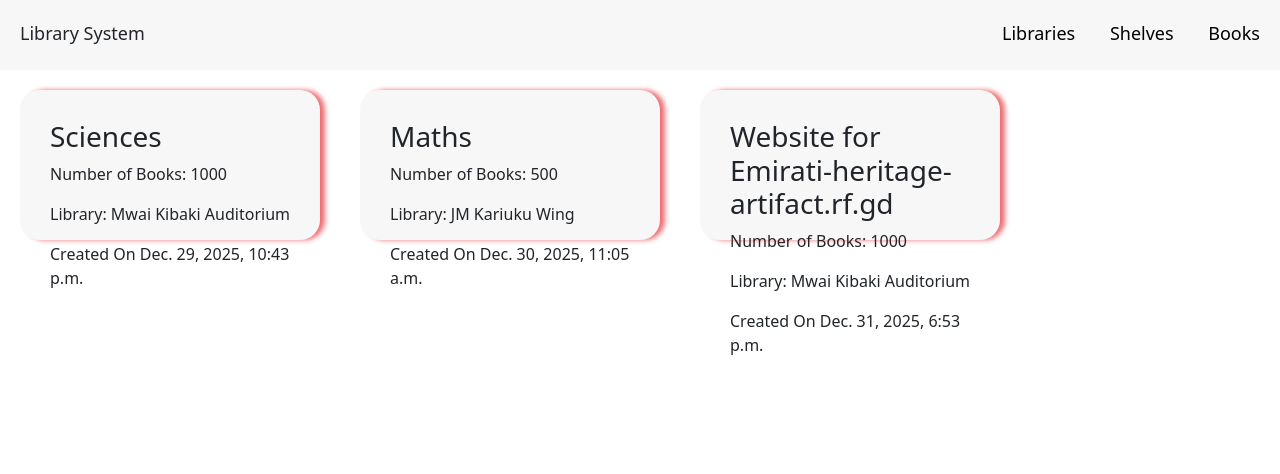
Repository: Mbote-Joseph/Library-Shelves-Books-Managements
Page: http://localhost/shelf
An editor plug-in stored every save of this project. The page is shown before and after the next save, followed by the edit.
The browser window is 1280 px wide. The pictures show the whole page.
The page is served by the project's application, run on Django 5.2 (manage.py). The page reads the database file committed with the project.

Above is the page before, as saved 2025-12-30 20:28:23.

After the next save:
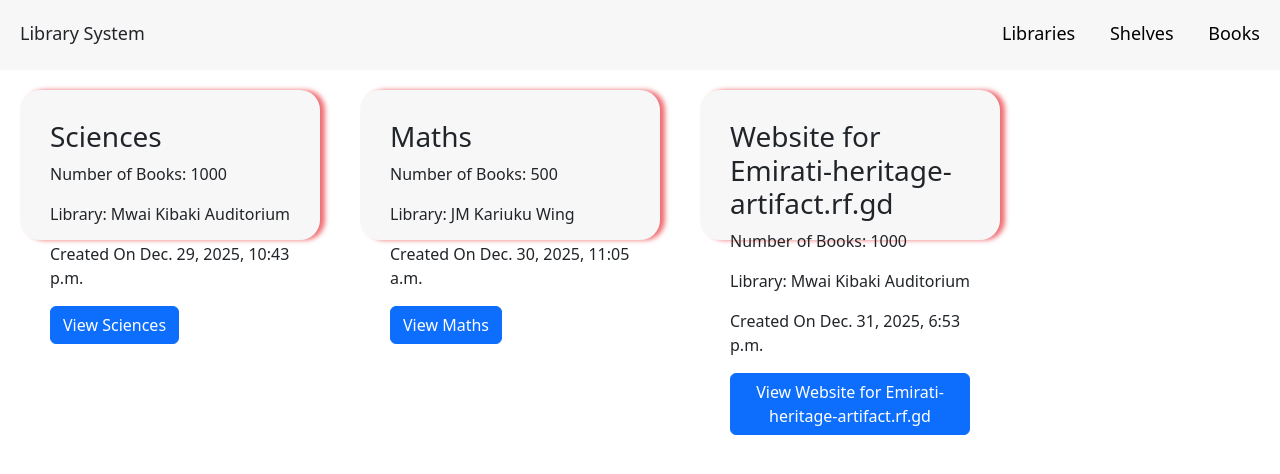
Saved 33 s later.
--- a/books/templates/books/shelf_view.html
+++ b/books/templates/books/shelf_view.html
@@ -13,6 +13,8 @@
             <p> Number of Books:  {{shelf.books_capacity}} </p>
             <p> Library:  {{shelf.library.name}} </p>
             <p> Created On {{shelf.created_on}} </p>
+
+            <a href="{% url 'shelf.details' shelf.id %}" class="btn btn-primary"> View {{shelf.label}} </a>
         </div>
     {% endfor %}
     </div>
